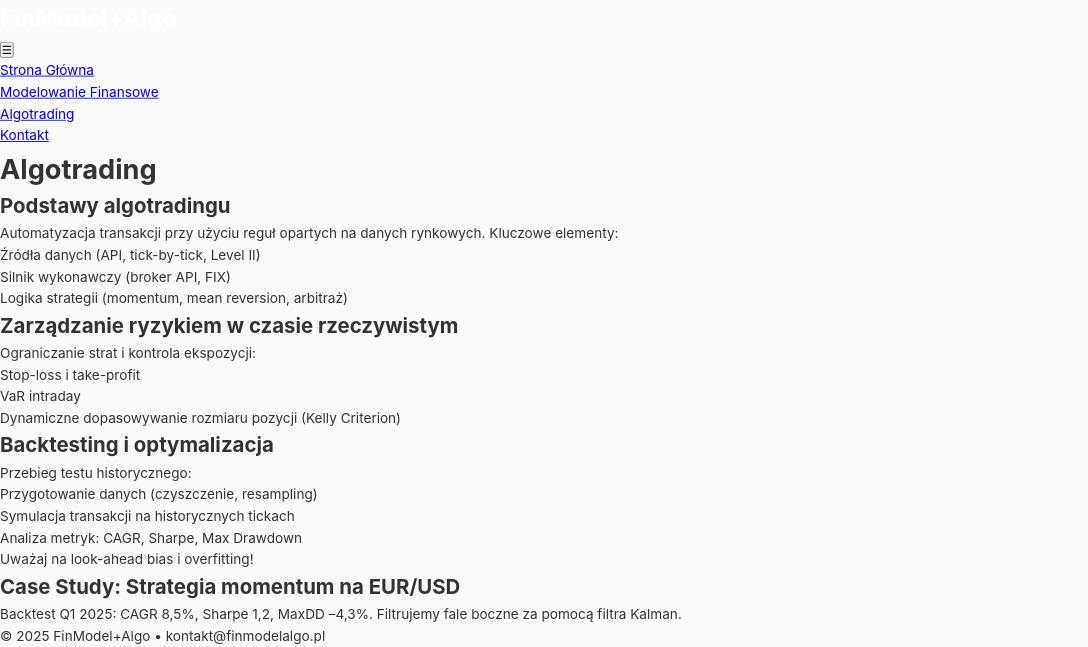
Repository: rafal-bedkowski/WebPageOptimization
Page: algotrading.html
These files come from the project's save history. The page is drawn as it stood at one moment and after the next save; the edit follows.
The browser window is 1280 px wide. The pictures show the whole page, at 85% of full size.

Above is the page before, as saved 2025-04-26 15:19:19.
Not found: script.js

After the next save:
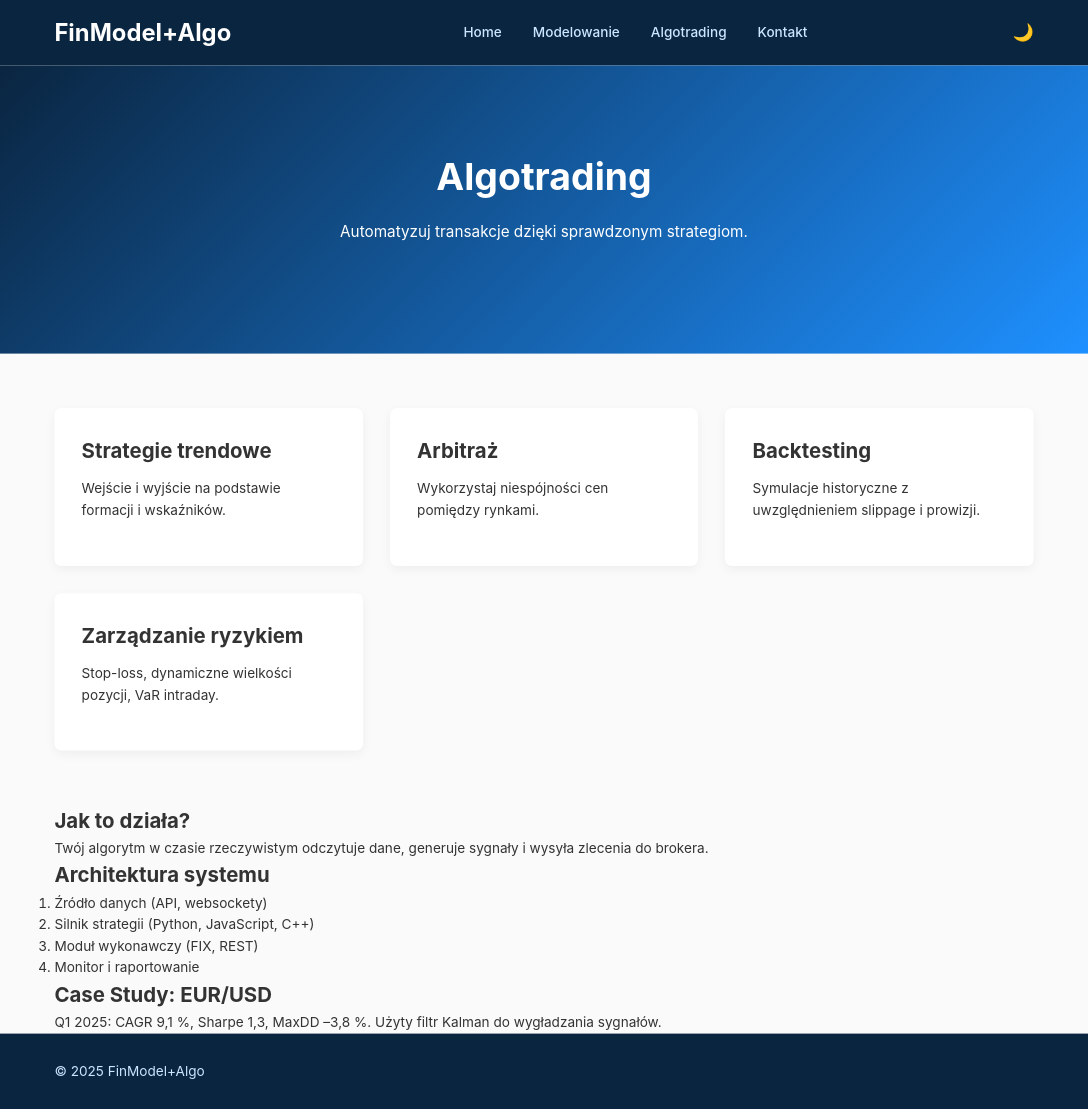
Saved 18 s later.
--- a/algotrading.html
+++ b/algotrading.html
@@ -1,3 +1,4 @@
+<!-- algotrading.html -->
 <!DOCTYPE html>
 <html lang="pl">
   <head>
@@ -5,70 +6,90 @@
     <meta name="viewport" content="width=device-width, initial-scale=1" />
     <title>Algotrading – FinModel+Algo</title>
     <link rel="stylesheet" href="style.css" />
-    <script src="script.js" defer></script>
   </head>
   <body>
-    <header class="site-header">
-      <div class="logo">FinModel+Algo</div>
-      <button class="menu-toggle" aria-label="Toggle navigation">☰</button>
-      <nav class="site-nav">
-        <ul>
-          <li><a href="index.html">Strona Główna</a></li>
-          <li><a href="modelowanie.html">Modelowanie Finansowe</a></li>
-          <li><a href="algotrading.html" class="active">Algotrading</a></li>
-          <li><a href="kontakt.html">Kontakt</a></li>
-        </ul>
-      </nav>
+    <header class="header">
+      <div class="container header__inner">
+        <a href="index.html" class="logo">FinModel+Algo</a>
+        <nav class="nav">
+          <a href="index.html" class="nav__link">Home</a>
+          <a href="modelowanie.html" class="nav__link">Modelowanie</a>
+          <a href="algotrading.html" class="nav__link">Algotrading</a>
+          <a href="kontakt.html" class="nav__link">Kontakt</a>
+        </nav>
+        <button class="mode-toggle" aria-label="Toggle dark mode">🌙</button>
+      </div>
     </header>
 
-    <main id="algotrading">
-      <h1>Algotrading</h1>
+    <section class="hero">
+      <div class="container hero__inner">
+        <h1 class="hero__title">Algotrading</h1>
+        <p class="hero__subtitle">
+          Automatyzuj transakcje dzięki sprawdzonym strategiom.
+        </p>
+      </div>
+    </section>
 
-      <article>
-        <h2>Podstawy algotradingu</h2>
-        <p>
-          Automatyzacja transakcji przy użyciu reguł opartych na danych
-          rynkowych. Kluczowe elementy:
-        </p>
-        <ul>
-          <li>Źródła danych (API, tick-by-tick, Level II)</li>
-          <li>Silnik wykonawczy (broker API, FIX)</li>
-          <li>Logika strategii (momentum, mean reversion, arbitraż)</li>
-        </ul>
-      </article>
+    <main class="container">
+      <section class="services">
+        <article class="card">
+          <h2 class="card__title">Strategie trendowe</h2>
+          <p class="card__text">
+            Wejście i wyjście na podstawie formacji i wskaźników.
+          </p>
+        </article>
+        <article class="card">
+          <h2 class="card__title">Arbitraż</h2>
+          <p class="card__text">
+            Wykorzystaj niespójności cen pomiędzy rynkami.
+          </p>
+        </article>
+        <article class="card">
+          <h2 class="card__title">Backtesting</h2>
+          <p class="card__text">
+            Symulacje historyczne z uwzględnieniem slippage i prowizji.
+          </p>
+        </article>
+        <article class="card">
+          <h2 class="card__title">Zarządzanie ryzykiem</h2>
+          <p class="card__text">
+            Stop-loss, dynamiczne wielkości pozycji, VaR intraday.
+          </p>
+        </article>
+      </section>
 
-      <article>
-        <h2>Zarządzanie ryzykiem w czasie rzeczywistym</h2>
-        <p>Ograniczanie strat i kontrola ekspozycji:</p>
-        <ul>
-          <li>Stop-loss i take-profit</li>
-          <li>VaR intraday</li>
-          <li>Dynamiczne dopasowywanie rozmiaru pozycji (Kelly Criterion)</li>
-        </ul>
-      </article>
-
-      <article>
-        <h2>Backtesting i optymalizacja</h2>
-        <p>Przebieg testu historycznego:</p>
-        <ol>
-          <li>Przygotowanie danych (czyszczenie, resampling)</li>
-          <li>Symulacja transakcji na historycznych tickach</li>
-          <li>Analiza metryk: CAGR, Sharpe, Max Drawdown</li>
-        </ol>
-        <p>Uważaj na look-ahead bias i overfitting!</p>
-      </article>
-
-      <article>
-        <h2>Case Study: Strategia momentum na EUR/USD</h2>
-        <p>
-          Backtest Q1 2025: CAGR 8,5%, Sharpe 1,2, MaxDD –4,3%. Filtrujemy fale
-          boczne za pomocą filtra Kalman.
-        </p>
-      </article>
+      <section class="content">
+        <article>
+          <h2>Jak to działa?</h2>
+          <p>
+            Twój algorytm w czasie rzeczywistym odczytuje dane, generuje sygnały
+            i wysyła zlecenia do brokera.
+          </p>
+        </article>
+        <article>
+          <h2>Architektura systemu</h2>
+          <ol>
+            <li>Źródło danych (API, websockety)</li>
+            <li>Silnik strategii (Python, JavaScript, C++)</li>
+            <li>Moduł wykonawczy (FIX, REST)</li>
+            <li>Monitor i raportowanie</li>
+          </ol>
+        </article>
+        <article>
+          <h2>Case Study: EUR/USD</h2>
+          <p>
+            Q1 2025: CAGR 9,1 %, Sharpe 1,3, MaxDD –3,8 %. Użyty filtr Kalman do
+            wygładzania sygnałów.
+          </p>
+        </article>
+      </section>
     </main>
 
-    <footer>
-      <p>© 2025 FinModel+Algo • kontakt@finmodelalgo.pl</p>
+    <footer class="footer">
+      <div class="container footer__inner">
+        <p>© 2025 FinModel+Algo</p>
+      </div>
     </footer>
+    <script src="script.js"></script>
   </body>
 </html>
